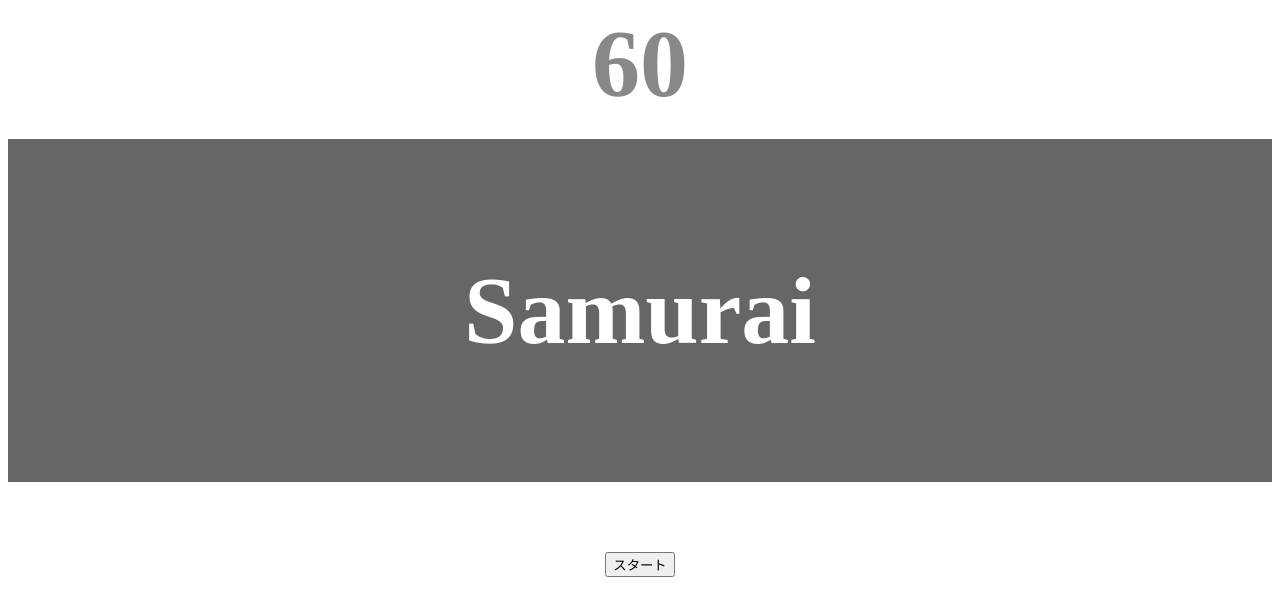
Repository: kazu999999/samurai_HTML-CSS
Page: index.html
The author's editor kept a record of every edit. The page is drawn from the files as they stood at one moment, then again after the next edit.
The browser window is 1280 px wide. The pictures show the whole page.

Above is the page before.

After the next edit:
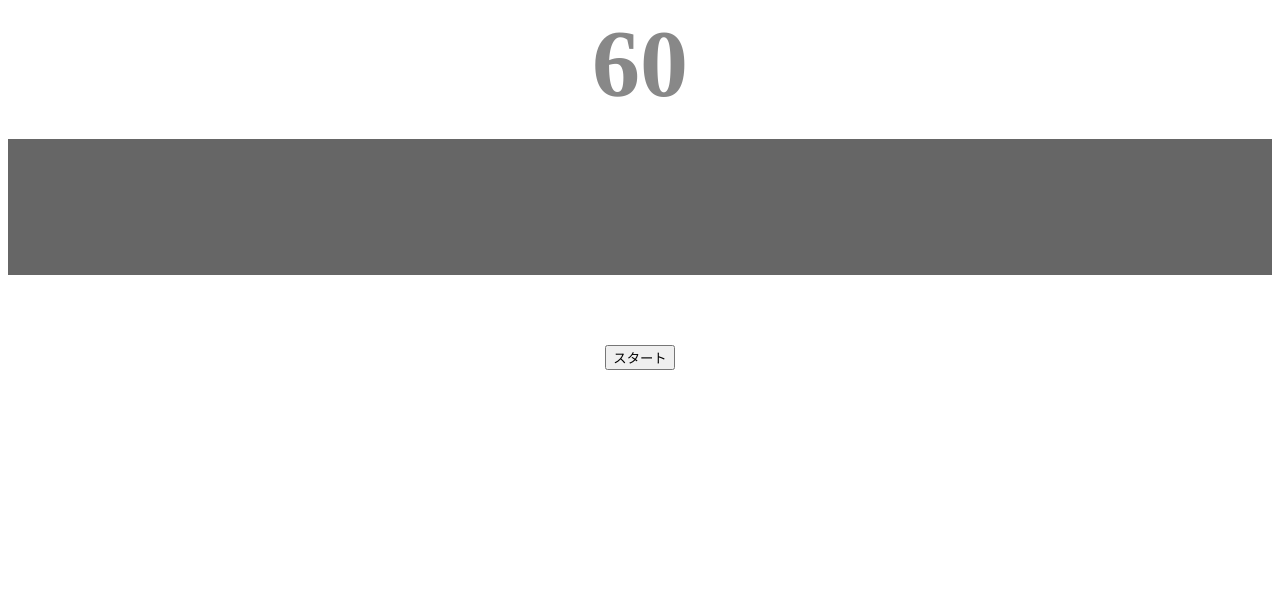
Console error (its wording comes from the project's code and is left out).
The edit:
--- a/index.html
+++ b/index.html
@@ -88,8 +88,9 @@
 
 start.addEventListener('click', () => {
    createText();
-}); // ゲームスタート時の処理
+/ ゲームスタート時の処理
 document.addEventListener('keydown', keyDown);
+});
 
 
 
